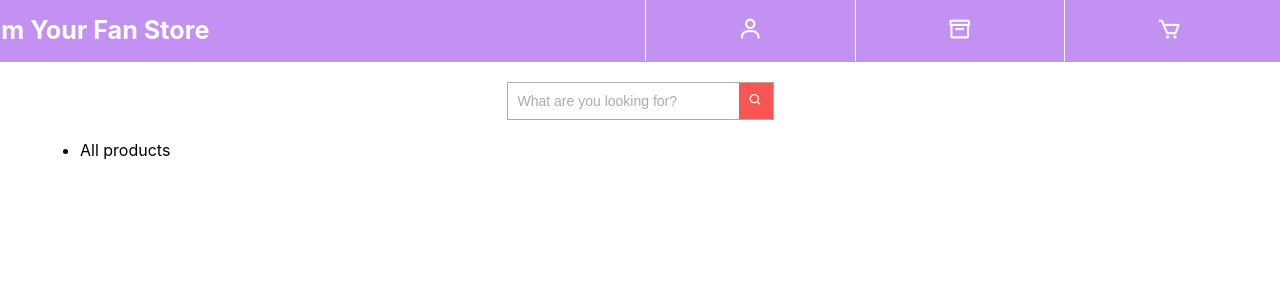
Repository: imyourfan-store/e-commerce
Page: /
These files come from the project's save history. The page is drawn as it stood at one moment and after the next save; the edit follows.
The browser window is 1280 px wide. The pictures show the whole page.
The pointer rests on the first visible `.header__page-name`.
The page's requests for data from a server got no answer. The project was rebuilt for these pictures with package versions that can differ from the ones it lists, and the page was loaded fresh each time. No one was signed in, and anything a server would have sent is missing. Also part of the build but not shown: vite.config.js, src/components/home/styles/ProductCard.css, src/components/home/ProductCard.jsx, src/pages/styles/Login.css, src/pages/Login.jsx, src/components/productId/styles/ProductInfo.css, src/components/productId/ProductInfo.jsx, src/components/productId/SimilarProducts.jsx and 14 more.

Above is the page before, as saved 2024-11-04 11:46:37.

After the next save:
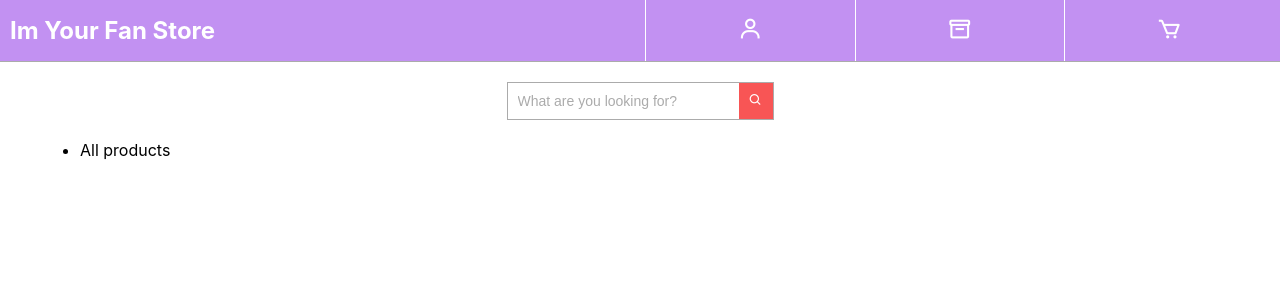
Saved 16 s later.
--- a/src/layout/styles/Header.css
+++ b/src/layout/styles/Header.css
@@ -35,7 +35,7 @@
 
 /* Efecto de zoom al pasar el mouse sobre el nombre de la página */
 .header__page-name:hover {
-  transform: scale(1.05); /* Escala ligeramente el texto, ajusta según sea necesario */
+  transform: scale(1); /* Escala ligeramente el texto, ajusta según sea necesario */
 }
 .header__navbar {
   display: flex;
